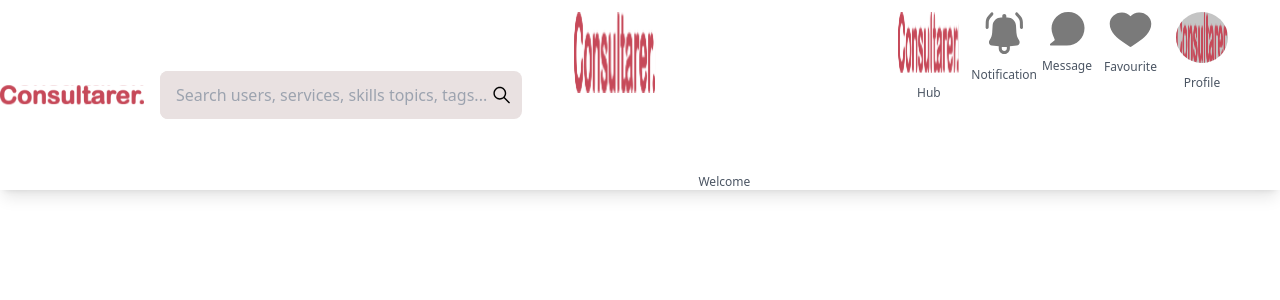
Repository: hisreal123/Consultarer
Page: /
The author's editor kept a copy of each file at every save. The page is drawn from the files as they stood at one save, then again after a run of saves.
The browser window is 1280 px wide. The pictures show the whole page.
The project was rebuilt for these pictures with package versions that can differ from the ones it lists, and the page was loaded fresh each time. The framework's server and built-in components were replaced by stand-ins that run in the browser. Also part of the build but not shown: next.config.js, webpack.config.js.

Above is the page before, as saved 2022-04-19 16:56:35.

After the next 3 saves:
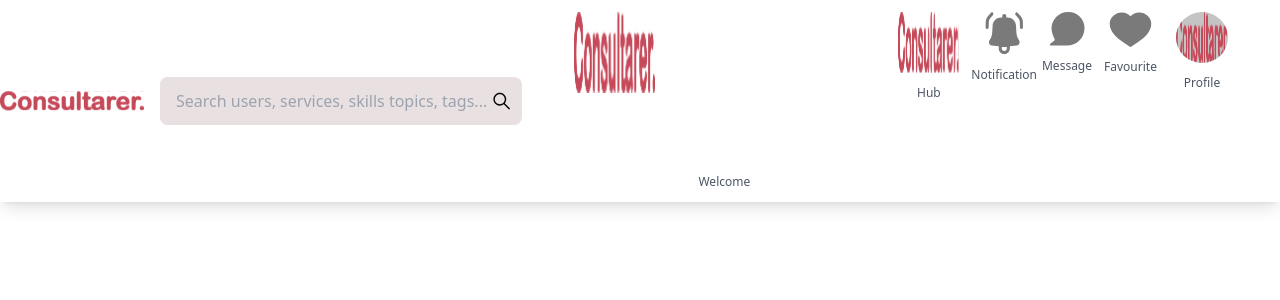
The 3 saves are shown as one change because they came seconds apart.
The last was saved 13 s later.
--- a/components/TopNav/NavItems.js
+++ b/components/TopNav/NavItems.js
@@ -12,7 +12,7 @@
               <span className="font-normal hover:scale-105 transition-all">
                 {title}
 
-                {status ? (<p className=" ">{status}</p>) : " "}
+                {status ? (<p className=" h-3 w-3 rounded-full ">{status}</p>) : " "}
               </span>
             </a>
           </Link>
